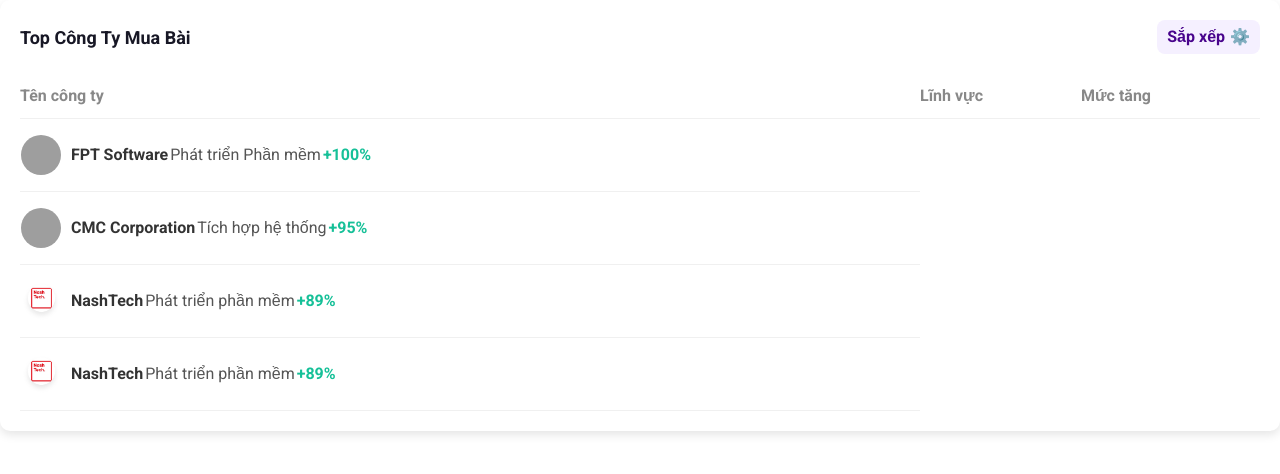
Repository: huutruongg/Stacky_Application
Page: /top (app in client/)
These files come from the project's save history. The page is drawn as it stood at one moment and after the next save; the edit follows.
The browser window is 1280 px wide. The pictures show the whole page.
Pictures or frames that could not be fetched are drawn as grey boxes. Some web fonts or font styles are not loaded; a fallback is used. The project was rebuilt for these pictures with package versions that can differ from the ones it lists, and the page was loaded fresh each time. Also part of the build but not shown: client/vite.config.js, client/src/components/icons/IconHeart.jsx, client/src/components/icons/IconNotification.jsx, client/src/components/icons/IconAvatar.jsx, client/src/components/icons/IconDropdown.jsx, client/src/components/icons/Logo.jsx, client/src/components/icons/IconSignUp.jsx, client/src/components/icons/IconUpload.jsx and 157 more. Imported but missing from the stored project, and not drawn on this page: client/src/components/dashboard/sideBar.

Above is the page before, as saved 2024-11-17 18:35:11.

After the next save:
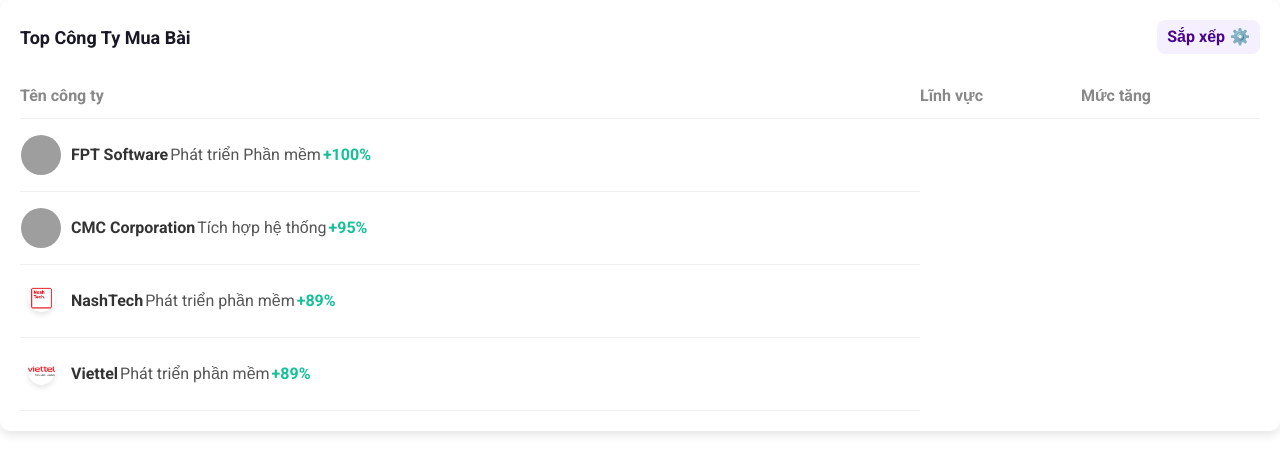
Saved 13 s later.
--- a/client/src/components/dashboard/topCompanies.jsx
+++ b/client/src/components/dashboard/topCompanies.jsx
@@ -9,7 +9,7 @@
         { logo: Fptlogo, name: 'FPT Software', field: 'Phát triển Phần mềm', growth: '+100%' },
         { logo: Cmclogo, name: 'CMC Corporation', field: 'Tích hợp hệ thống', growth: '+95%' },
         { logo: Nashtechlogo, name: 'NashTech', field: 'Phát triển phần mềm', growth: '+89%' },
-        { logo: Nashtechlogo, name: 'NashTech', field: 'Phát triển phần mềm', growth: '+89%' },
+        { logo: Viettellogo, name: 'Viettel', field: 'Phát triển phần mềm', growth: '+89%' },
 
     ];
 
